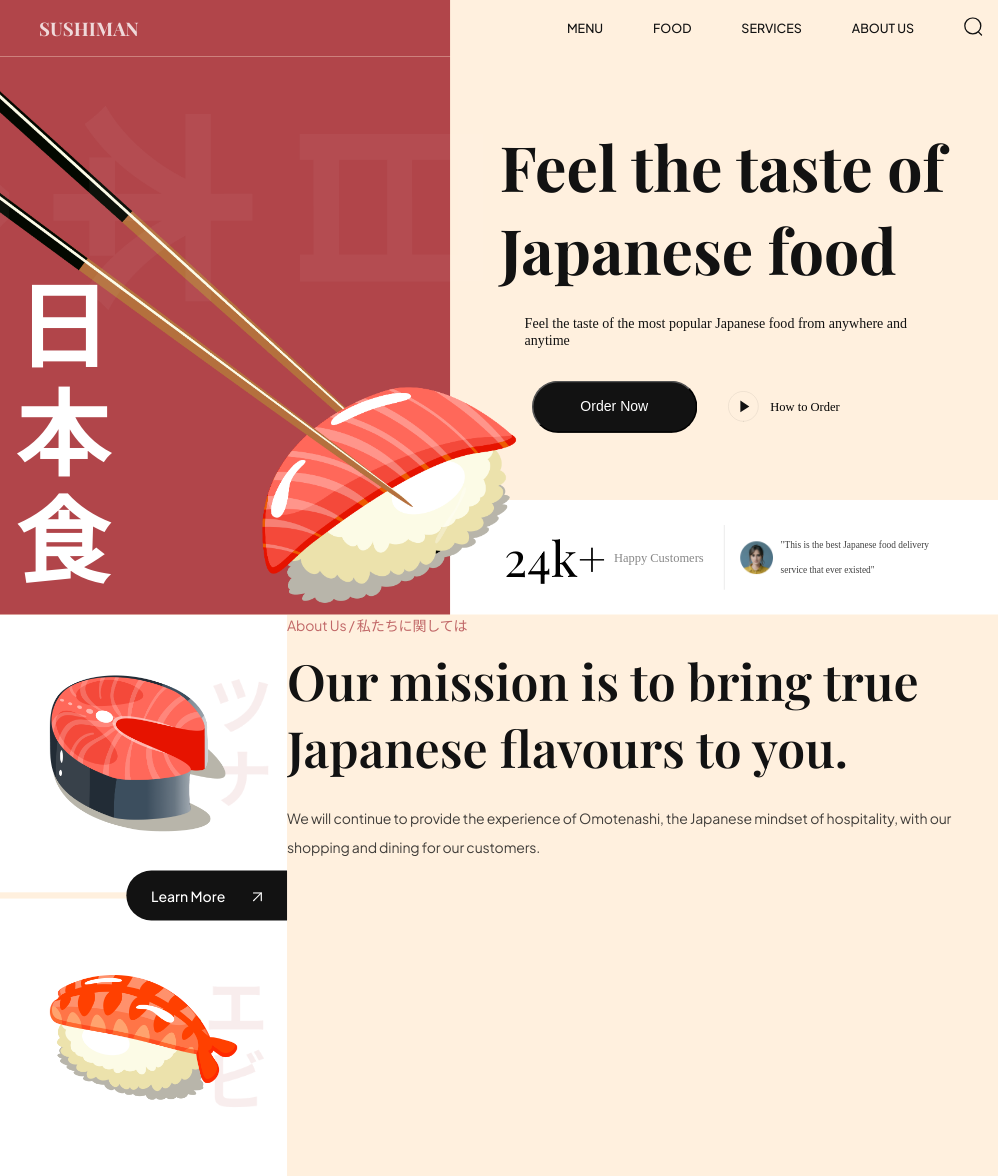
Repository: echoyol/sushiWebsite
Page: index.html
These files come from the project's save history. The page is drawn as it stood at one moment and after the next save; the edit follows.
The browser window is 1280 px wide. The pictures show the whole page, at 78% of full size.

Above is the page before, as saved 2023-06-04 16:18:11.

After the next save:
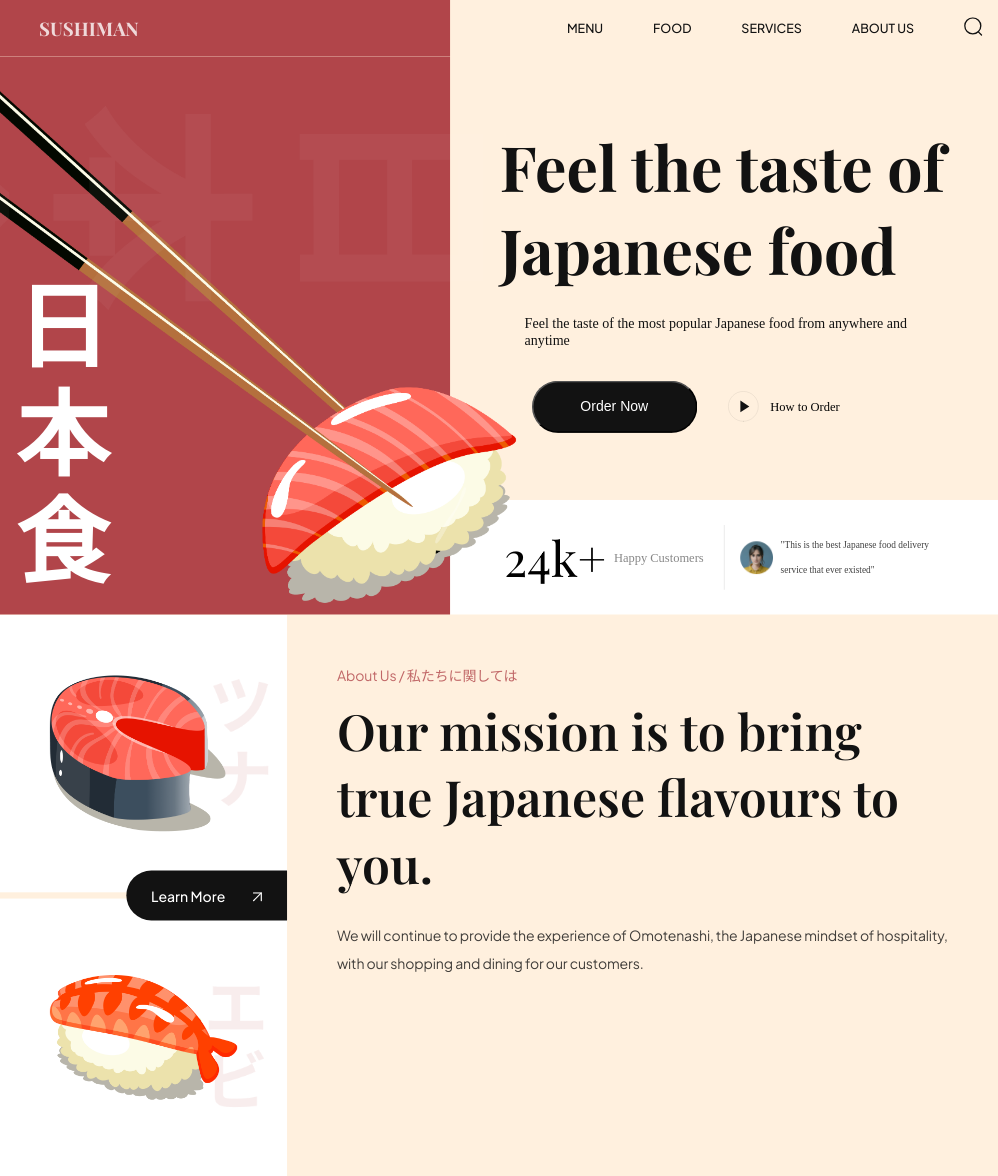
Saved 40 s later.
--- a/css/sections/about.css
+++ b/css/sections/about.css
@@ -71,3 +71,7 @@
   object-fit: contain;
   margin-left: 32px;
 }
+
+.about-us__content {
+  padding: 64px;
+}
